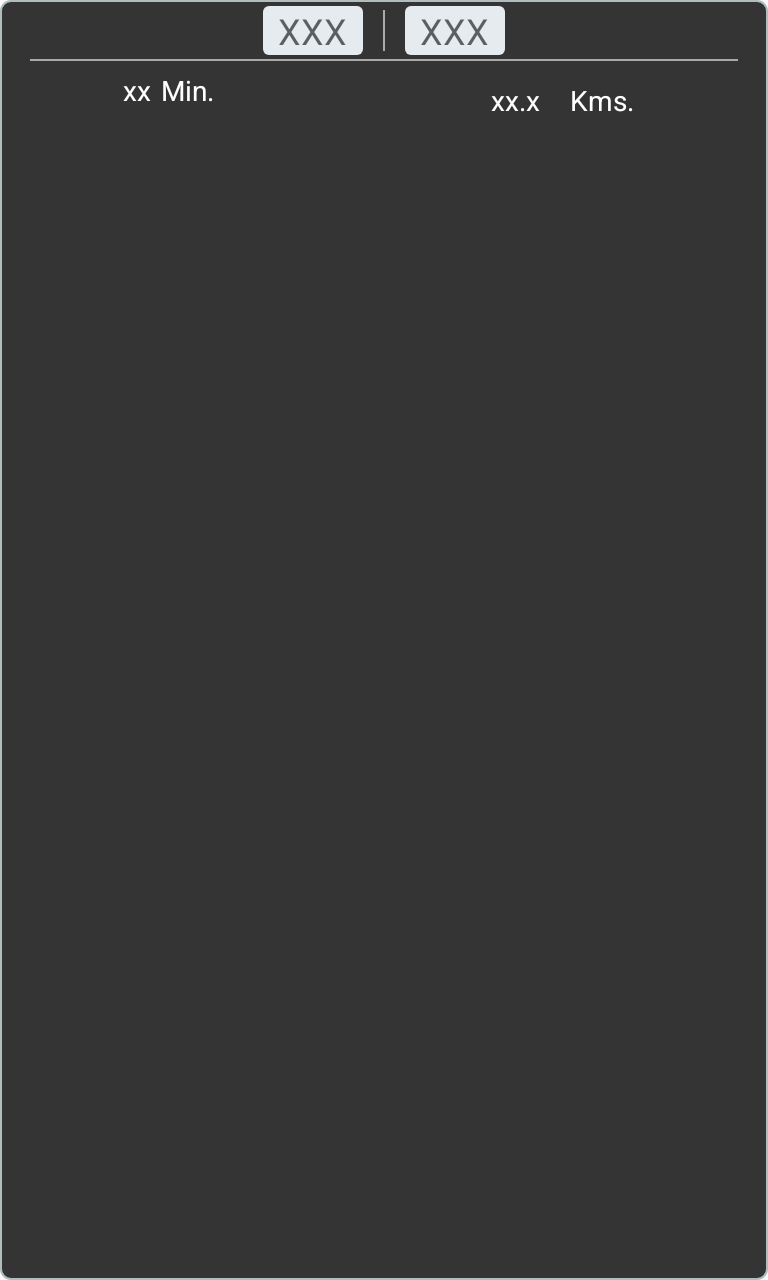
Repository: cooliopas/MyBus
Layout: MyBusAndroid/res/layout/fragment_inforoutcompound.xml
The author's editor kept a copy of each file at every save. The layout is drawn from the files as they stood at one save, then again after the next save.
It is drawn on a 768 x 1280 px phone screen (xhdpi) without system bars, with theme AppTheme; the app's code is not run.

Above is the layout before, as saved 2014-08-31 23:44:28.

### MyBusAndroid/res/layout/fragment_inforoutcompound.xml
<?xml version="1.0" encoding="utf-8"?>
<LinearLayout xmlns:android="http://schemas.android.com/apk/res/android"
    android:id="@+id/layout_master"
    android:layout_width="fill_parent"
    android:layout_height="51dp"
    android:background="@layout/layout_bg"
    android:orientation="vertical" >

    <LinearLayout
        android:layout_width="match_parent"
        android:layout_height="wrap_content"
        android:gravity="center"
        android:paddingBottom="2dp"
        android:paddingTop="3dp" >

        <LinearLayout
            style="@style/Bg_infobus"
            android:background="@layout/litght_bg_infobus"
            android:gravity="center"
            android:paddingLeft="3dp"
            android:paddingRight="3dp" >

            <TextView
                android:id="@+id/tv_upbus1"
                android:layout_width="wrap_content"
                android:layout_height="wrap_content"
                android:text="XXX"
                android:textAppearance="?android:attr/textAppearanceMedium" />

        </LinearLayout>

        <View
            android:layout_width="1dp"
            android:layout_height="match_parent"
            android:layout_marginBottom="2dp"
            android:layout_marginLeft="10dp"
            android:layout_marginRight="10dp"
            android:layout_marginTop="2dp"
            android:background="@android:color/darker_gray" />

         <LinearLayout
             style="@style/Bg_infobus"
             android:layout_height="wrap_content"
             android:background="@layout/litght_bg_infobus"
             android:gravity="center"
             android:paddingLeft="3dp"
             android:paddingRight="3dp" >

             <TextView
                 android:id="@+id/tv_busname2"
                 android:layout_width="wrap_content"
                 android:layout_height="wrap_content"
                 android:text="XXX"
                 android:textAppearance="?android:attr/textAppearanceMedium" />

         </LinearLayout>

    </LinearLayout>

    <View
        android:layout_width="match_parent"
        android:layout_height="1dp"
        android:layout_marginLeft="15dp"
        android:layout_marginRight="15dp"
        android:background="@android:color/darker_gray" />

    <LinearLayout
        android:layout_width="match_parent"
        android:layout_height="match_parent"
        android:gravity="center" >

        <LinearLayout
            android:layout_width="wrap_content"
            android:layout_height="match_parent"
            android:layout_weight="1"
            android:gravity="center|top" >

            <TextView
                android:id="@+id/tv_time"
                android:layout_width="wrap_content"
                android:layout_height="wrap_content"
                android:text="xx"
                android:textAppearance="?android:attr/textAppearanceSmall"
                android:textColor="@color/white" />

            <TextView
                android:id="@+id/tv_timestatic"
                android:layout_width="wrap_content"
                android:layout_height="wrap_content"
                android:padding="5dp"
                android:text="@string/Minutos2"
                android:textAppearance="?android:attr/textAppearanceSmall"
                android:textColor="@color/white" />

        </LinearLayout>

        <LinearLayout
            android:layout_width="wrap_content"
            android:layout_height="match_parent"
            android:layout_weight="1"
            android:gravity="center|top" >

            <TextView
                android:id="@+id/tv_km"
                android:layout_width="wrap_content"
                android:layout_height="wrap_content"
                android:padding="10dp"
                android:text="xx.x"
                android:textAppearance="?android:attr/textAppearanceSmall"
                android:textColor="@color/white" />

            <TextView
                android:id="@+id/tv_kmstatic"
                android:layout_width="wrap_content"
                android:layout_height="wrap_content"
                android:padding="5dp"
                android:text="@string/Kms"
                android:textAppearance="?android:attr/textAppearanceSmall"
                android:textColor="@color/white" />

        </LinearLayout>
    </LinearLayout>

</LinearLayout>

### MyBusAndroid/res/values/styles.xml
<resources xmlns:android="http://schemas.android.com/apk/res/android">

    <!--
        Base application theme, dependent on API level. This theme is replaced
        by AppBaseTheme from res/values-vXX/styles.xml on newer devices.




    -->
    <style name="AppBaseTheme" parent="@style/Theme.AppCompat.Light">
        <!--
            Theme customizations available in newer API levels can go in
            res/values-vXX/styles.xml, while customizations related to
            backward-compatibility can go here.




        -->
    </style>

    <!-- Application theme. -->
    <style name="AppTheme" parent="AppBaseTheme">

        <!-- All customizations that are NOT specific to a particular API-level can go here. -->
        <item name="android:actionBarStyle">@style/MyBusActionBar</item>
        <item name="actionBarStyle">@style/MyBusActionBar</item>

   		<!-- Straight import from http://stackoverflow.com/questions/16404820/how-to-set-default-font-family-for-entire-android-app -->
   	    <!--  <item name="android:textViewStyle">@style/RobotoTextViewStyle</item>
   	    <item name="android:editTextStyle">@style/RobotoTextViewStyle</item>
	    <item name="android:buttonStyle">@style/RobotoButtonStyle</item>-->
	    <item name="android:typeface">sans</item>

    </style>

    <style name="listRow" parent="android:Widget.Holo.Light.TextView">
        <item name="android:textColor">@color/white</item>
        <item name="android:layout_width">wrap_content</item>
        <item name="android:layout_height">wrap_content</item>
    </style>

    <style name="list" parent="android:Widget.Holo.Light.TextView">
        <item name="android:background">@color/mybus_gray_light</item>
        <item name="android:layout_width">wrap_content</item>
        <item name="android:layout_height">wrap_content</item>
    </style>

    <!-- Straight import from http://stackoverflow.com/questions/16404820/how-to-set-default-font-family-for-entire-android-app -->
    <style name="RobotoTextViewStyle" parent="android:Widget.TextView">
        <item name="android:typeface">sans</item>
    </style>

    <style name="RobotoButtonStyle" parent="android:Widget.Holo.Button">
        <item name="android:fontFamily">sans-serif-light</item>
    </style>

    <!-- Straight import from http://stackoverflow.com/questions/5861661 -->
    <style name="MyBusActionBar" parent="@style/Widget.AppCompat.Light.ActionBar">
        <item name="android:background">@color/mybus_gray_dark</item>
        <item name="background">@color/mybus_gray_dark</item>
        <item name="android:titleTextStyle">@style/ActionBarTitleText</item>
        <item name="titleTextStyle">@style/ActionBarTitleText</item>
    </style>

    <style name="ActionBarTitleText" parent="@style/TextAppearance.AppCompat.Widget.ActionBar.Title">
        <item name="android:textColor">@color/white</item>
    </style>

    <style name="ActionBarSubTitleText" parent="@style/TextAppearance.AppCompat.Widget.ActionBar.Subtitle">
        <item name="android:textColor">@color/white</item>
    </style>

    <style name="DefaultWhiteText" parent="@style/AppTheme">
        <item name="android:textColor">@color/white</item>
    </style>

    <style name="ButtonDefaultStyle">
        <item name="android:background">@layout/button_bg</item>
        <item name="background">@layout/button_bg</item>
        <item name="android:layout_width">40dp</item>
        <item name="android:layout_height">40dp</item>
    </style>

    <style name="Bg_infobus">
        <item name="android:background">@layout/litght_bg_infobus</item>
        <item name="background">@layout/litght_bg_infobus</item>
        <item name="android:layout_width">50dp</item>
        <item name="android:layout_height">wrap_content</item>
    </style>

</resources>

### MyBusAndroid/res/values-v14/styles.xml
<resources>

    <!--
        Base application theme for API 14+. This theme completely replaces
        AppBaseTheme from BOTH res/values/styles.xml and
        res/values-v11/styles.xml on API 14+ devices.
    -->
    <style name="AppBaseTheme" parent="@style/Theme.AppCompat.Light">
        <!-- API 14 theme customizations can go here. -->
    </style>

</resources>

### MyBusAndroid/res/values/colors.xml
<?xml version="1.0" encoding="utf-8"?>
<resources>
    <item name="fondo_row" type="color">#f5f5f5</item>
    <item name="color_511a" type="color">#4d0302</item>
    <item name="color_511b" type="color">#4d0302</item>
    <item name="color_511ch" type="color">#4d0302</item>
    <item name="color_511f" type="color">#4d0302</item>
    <item name="color_511g" type="color">#4d0302</item>
    <item name="color_511p" type="color">#4d0302</item>
    <item name="color_511Ron" type="color">#4d0302</item>
    <item name="color_512a" type="color">#4d0302</item>
    <item name="color_512b" type="color">#4d0302</item>
    <item name="color_521" type="color">#d60405</item>
    <item name="color_522" type="color">#d60405</item>
    <item name="color_523" type="color">#d60405</item>
    <item name="color_525" type="color">#d60405</item>
    <item name="color_531" type="color">#2c800e</item>
    <item name="color_532" type="color">#2c800e</item>
    <item name="color_533" type="color">#2c800e</item>
    <item name="color_541" type="color">#d60405</item>
    <item name="color_542" type="color">#d60405</item>
    <item name="color_543" type="color">#d60405</item>
    <item name="color_551" type="color">#d60405</item>
    <item name="color_552" type="color">#d60405</item>
    <item name="color_552a" type="color">#d60405</item>
    <item name="color_553" type="color">#d60405</item>
    <item name="color_554" type="color">#d60405</item>
    <item name="color_555" type="color">#d60405</item>
    <item name="color_562" type="color">#00338e</item>
    <item name="color_563a" type="color">#00338e</item>
    <item name="color_563b" type="color">#00338e</item>
    <item name="color_571a" type="color">#f77306</item>
    <item name="color_571b" type="color">#f77306</item>
    <item name="color_573" type="color">#f77306</item>
    <item name="color_573b" type="color">#f77306</item>
    <item name="color_581" type="color">#e50000</item>
    <item name="color_591a" type="color">#2e88d6</item>
    <item name="color_591b" type="color">#2e88d6</item>
    <item name="color_593a" type="color">#2e88d6</item>
    <item name="color_593b" type="color">#2e88d6</item>
    <item name="color_717cv" type="color">#4d0302</item>
    <item name="color_717lp" type="color">#4d0302</item>
    <item name="color_717sp" type="color">#4d0302</item>
    <item name="color_720" type="color">#01755e</item>
    <item name="origin_blue" type="color">#008ed8</item>
    <item name="dest_purple" type="color">#d80056</item>
    <item name="white" type="color">#FFFFFF</item>
    <item name="black" type="color">#000000</item>
    <item name="mybus_gray_dark" type="color">#343434</item>
    <item name="mybus_gray_light" type="color">#6b6b6b</item>
  	<item name="background_base_window" type="color">#eeeeee</item>
  	<item name="pure_white" type="color">#ffffff</item>
  	<item name="naranja1" type="color">#D7AD00</item>
  	<item name="light_gray" type="color">#b7bbbf</item>
  	<item name="splash_silver" type="color">#f2f2f3</item>


</resources>

### MyBusAndroid/res/layout/layout_bg.xml
<?xml version="1.0" encoding="utf-8"?>
<shape xmlns:android="http://schemas.android.com/apk/res/android">
    <solid android:color="@color/mybus_gray_dark"/>
    <stroke android:width="1dip" android:color="#B1BCBE" />
    <corners android:radius="5dip"/>
    <padding android:left="0dip" android:top="0dip" android:right="0dip" android:bottom="0dip" />
</shape>

### MyBusAndroid/res/layout/litght_bg_infobus.xml
<?xml version="1.0" encoding="utf-8"?>
<shape xmlns:android="http://schemas.android.com/apk/res/android">
    <solid android:color="#E6EBF0"/>
    <stroke android:width="0dip" android:color="#B1BCBE" />
    <corners android:radius="3dip"/>
    <padding android:left="0dip" android:top="0dip" android:right="0dip" android:bottom="0dip" />
</shape>

### MyBusAndroid/res/values/strings.xml
<?xml version="1.0" encoding="utf-8"?>
<resources>

    <string-array name="navigation_drawer_items_array">
        <item>Lugares favoritos</item>
        <item>Puntos de carga cercanos</item>
        <item>Tarifas</item>
        <item>Recorridos</item>
        <item>Configuración</item>
    </string-array>

    <string name="app_name">MyBus</string>
    <string name="action_settings">Settings</string>
    <string name="title_section1">Section 1</string>
    <string name="title_section2">Section 2</string>
    <string name="title_section3">Section 3</string>
    <string name="closest_recharge_points">Puntos de recarga cercanos</string>
    <string name="confirm">Confirmar</string>
    <string name="deletion_confirmation">¿Quiere borrar esta ubicación?</string>
    <string name="favorites_list_purge">Vaciar lista</string>
    <string name="btn_show_on_map">Mostrar en mapa</string>
    <string name="label_check_favorites">Mostrar favoritos en el mapa</string>
    <string name="label_check_stations">Mostrar puntos de carga en el mapa</string>
    <string name="reselect_message">¿Desea reseleccionar el punto?</string>
    <string name="Select">Seleccionar</string>
    <string name="Origin">Origen</string>
    <string name="Destination">Destino</string>
    <string name="Destinationlocation">Ubicación de destino</string>
    <string name="Originlocation">Ubicación de origen</string>
    <string name="Favorites">Favoritos</string>
    <string name="MarkerOptions">Opciones del Marcador</string>
    <string name="Buses">Colectivos</string>
    <string name="action_bar_show_map">Mostrar mapa</string>
    <string name="FavName">Nombre del favorito</string>
    <string name="Time">Tiempo</string>
    <string name="Km">Km.</string>
    <string name="Distance">Dist.</string>
    <string name="Caminar">Caminar</string>
    <string name="HaciaParada">hacia</string>
    <string name="Tomar">Tomar </string>
    <string name="Descender">Descender en</string>
    <string name="InfoRecorrido">Informacion de Recorrido</string>
    <string name="CargandoRuta">"Cargando ruta..."</string>
    <string name="NoResults">No se encontraron resultados para esta búsqueda</string>
    <string name="warning_trash_favorites">¿Realmente desea vaciar la lista de favoritos?</string>
    <string name="CaminarHasta">Caminar hasta</string>
	<string name="MiPosicionActual">Mi posición actual</string>
	<string name="Yo">Yo</string>
	<string name="PuntoFueraDeRango">Este punto está fuera de rango</string>
	<string name="Minutos">Minutos</string>
	<string name="Kms">Kms.</string>
	<string name="Minutos2">Min.</string>
	<string name="recharge_point_schedule">"Horario: "</string>
	<string name="mode_recharge_stations">Modo de mapa: puntos de recarga</string>
	<string name="recharge_stations">Puntos de recarga</string>
	<string name="map_failure_warning">No se puede crear el mapa</string>
	<string name="marker_loading">Buscando Ubicación...</string>
	<string name="server_connection_failure_notice">No se puede conectar con el servidor</string>
	<string name="queried_address_failure">No hay resultados para el domicilio solicitado</string>
	<string name="bus_stop">Parada</string>
	<string name="bus_line">"Línea "</string>
	<string name="line_start">(principio)</string>
	<string name="line_end">(fin)</string>
	<string name="favorites_list_empty">No has creado ubicaciones favoritas aún.</string>
	<string name="correct_value_origin">Ingrese un valor correcto para el origen o toque el mapa</string>
	<string name="correct_value_destination">Ingrese un valor correcto para el destino o toque el mapa</string>
    <string name="org_dest_must_completed">Los puntos de origen y destino deben estar ingresados</string>
    <string name="new_favorite_added">Nuevo favorito agregado</string>
    <string name="char_min">El nombre debe tener como minimo 3 caracteres</string>
    <string name="complete_markers">Deben estar ingresados el origen y el destino para el intercambio</string>
    <string name="switch_complete">Intercambio realizado</string>
    <string name="IngreseOrigen">"Ingrese dirección origen"</string>
    <string name="IngreseDestino">"Ingrese dirección destino"</string>
    <string name="BuscandoDireccion">Buscando Direccion...</string>
</resources>

Loaded but not shown: MyBusAndroid/res/values-v11/styles.xml (common file)

After the next save:
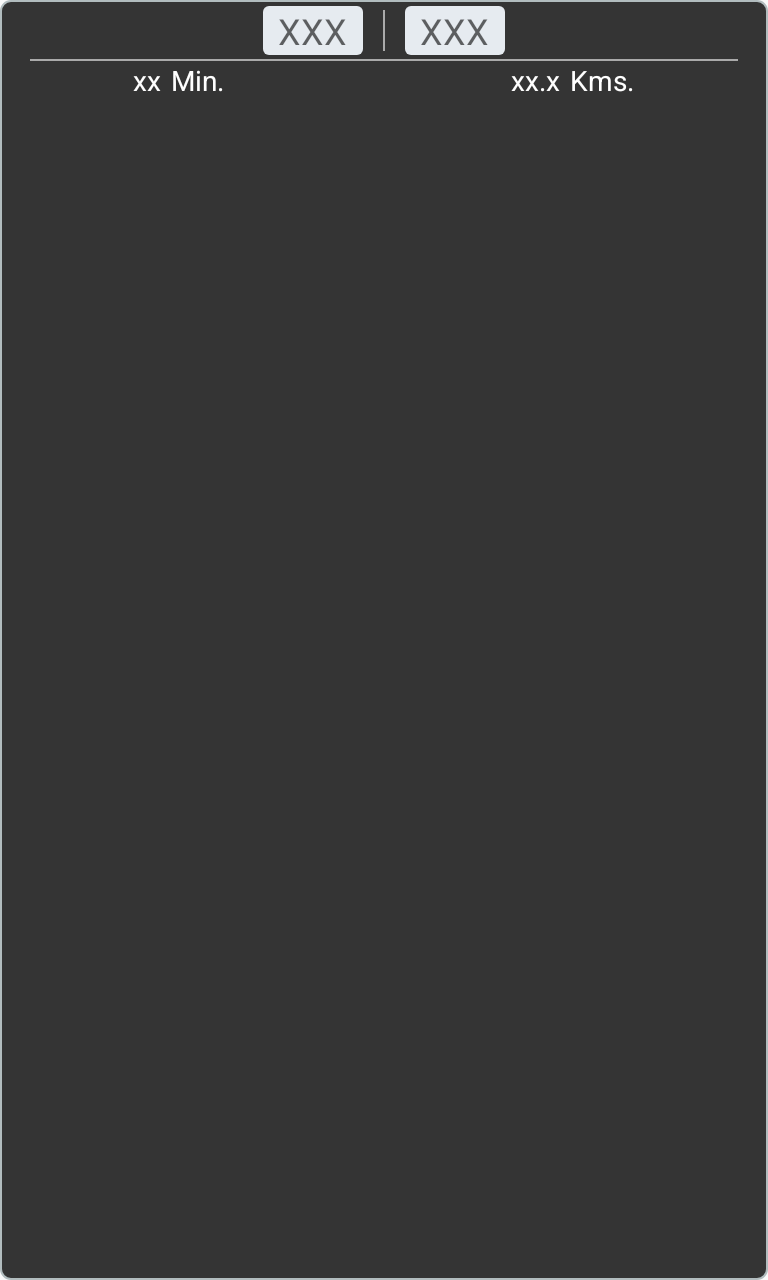
Saved 15 s later.
--- a/MyBusAndroid/res/layout/fragment_inforoutcompound.xml
+++ b/MyBusAndroid/res/layout/fragment_inforoutcompound.xml
@@ -87,7 +87,7 @@
                 android:id="@+id/tv_timestatic"
                 android:layout_width="wrap_content"
                 android:layout_height="wrap_content"
-                android:padding="5dp"
+                android:paddingLeft="5dp"
                 android:text="@string/Minutos2"
                 android:textAppearance="?android:attr/textAppearanceSmall"
                 android:textColor="@color/white" />
@@ -104,7 +104,7 @@
                 android:id="@+id/tv_km"
                 android:layout_width="wrap_content"
                 android:layout_height="wrap_content"
-                android:padding="10dp"
+                android:paddingLeft="10dp"
                 android:text="xx.x"
                 android:textAppearance="?android:attr/textAppearanceSmall"
                 android:textColor="@color/white" />
@@ -113,7 +113,7 @@
                 android:id="@+id/tv_kmstatic"
                 android:layout_width="wrap_content"
                 android:layout_height="wrap_content"
-                android:padding="5dp"
+                android:paddingLeft="5dp"
                 android:text="@string/Kms"
                 android:textAppearance="?android:attr/textAppearanceSmall"
                 android:textColor="@color/white" />
